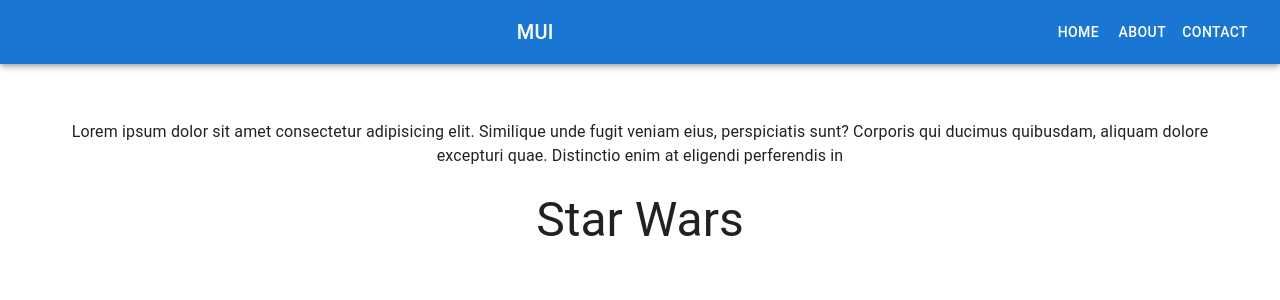
Repository: marianozamora/lisit-challenge
Page: /
The author's editor kept a copy of each file at every save. The page is drawn from the files as they stood at one save, then again after the next save.
The browser window is 1280 px wide. The pictures show the whole page.
The page's requests for data from a server got no answer. The project was rebuilt for these pictures with package versions that can differ from the ones it lists, and the page was loaded fresh each time. Some packages were replaced by stand-ins written for this rebuild. No one was signed in, and anything a server would have sent is missing. Also part of the build but not shown: vite.config.ts, src/components/Pagination.tsx.

Above is the page before, as saved 2023-05-11 00:32:08.

After the next save:
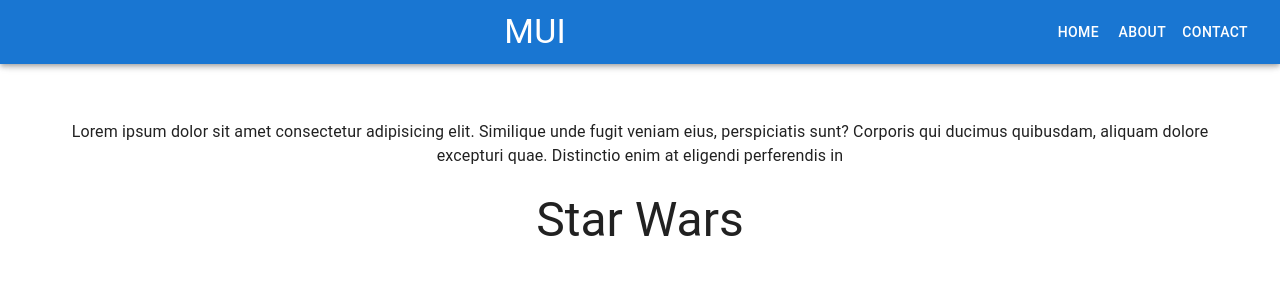
Saved 18 s later.
--- a/src/components/Header.tsx
+++ b/src/components/Header.tsx
@@ -58,7 +58,7 @@
                 <MenuIcon />
                 </IconButton>
                 <Typography
-                variant="h6"
+                variant="h4"
                         component="div"
                         className="text-white w-[300px]"
                 sx={{ flexGrow: 1, display: { xs: 'none', sm: 'block' } }}
